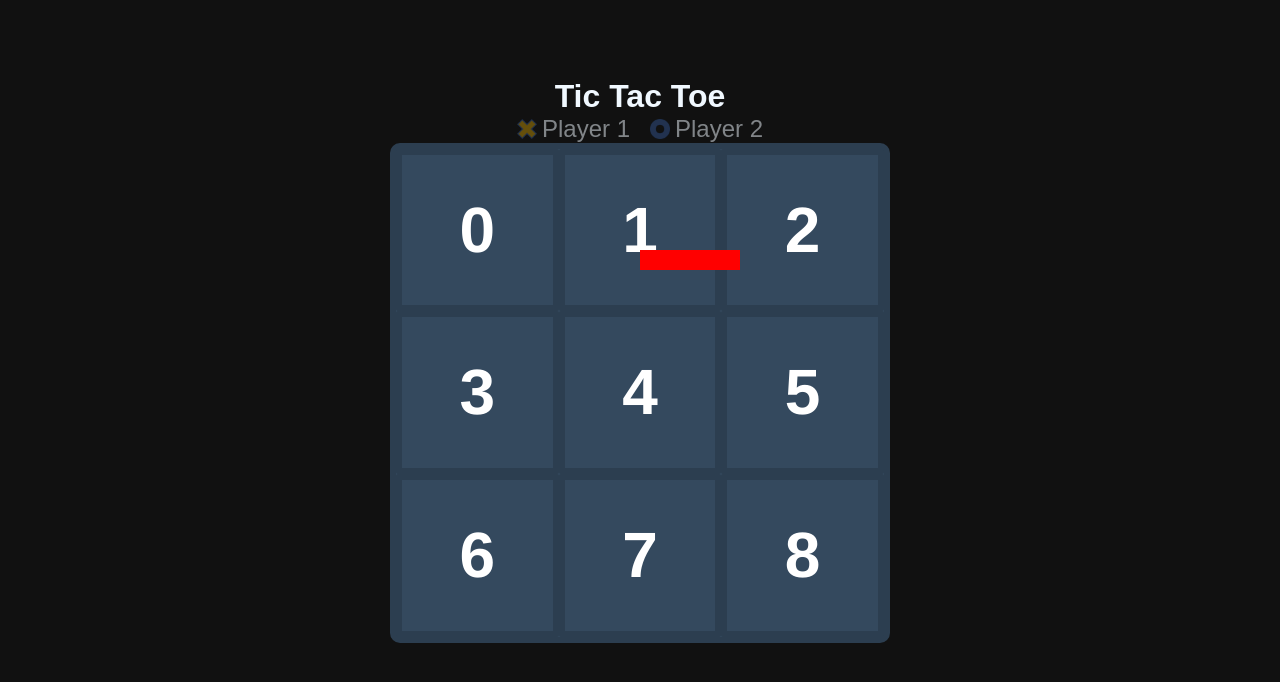
Repository: richardlieknis/tictactoe
Page: index.html
These files come from the project's save history. The page is drawn as it stood at one moment and after the next save; the edit follows.
The browser window is 1280 px wide. The pictures show the whole page.

Above is the page before, as saved 2022-12-08 14:27:40.

After the next save:
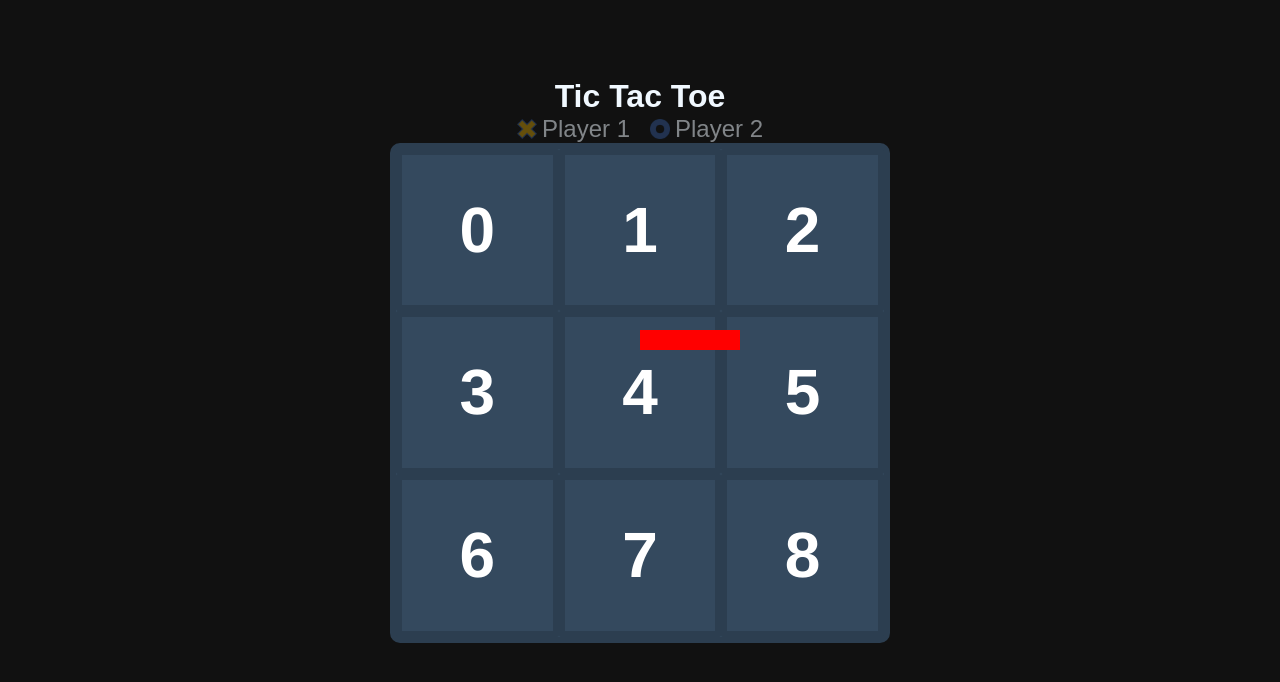
Saved 5 s later.
--- a/css/style.css
+++ b/css/style.css
@@ -75,5 +75,5 @@
     width: 100px;
     height: 20px;
     margin-bottom: 1px;
-    top: 250px;
+    top: 330px;
 }
